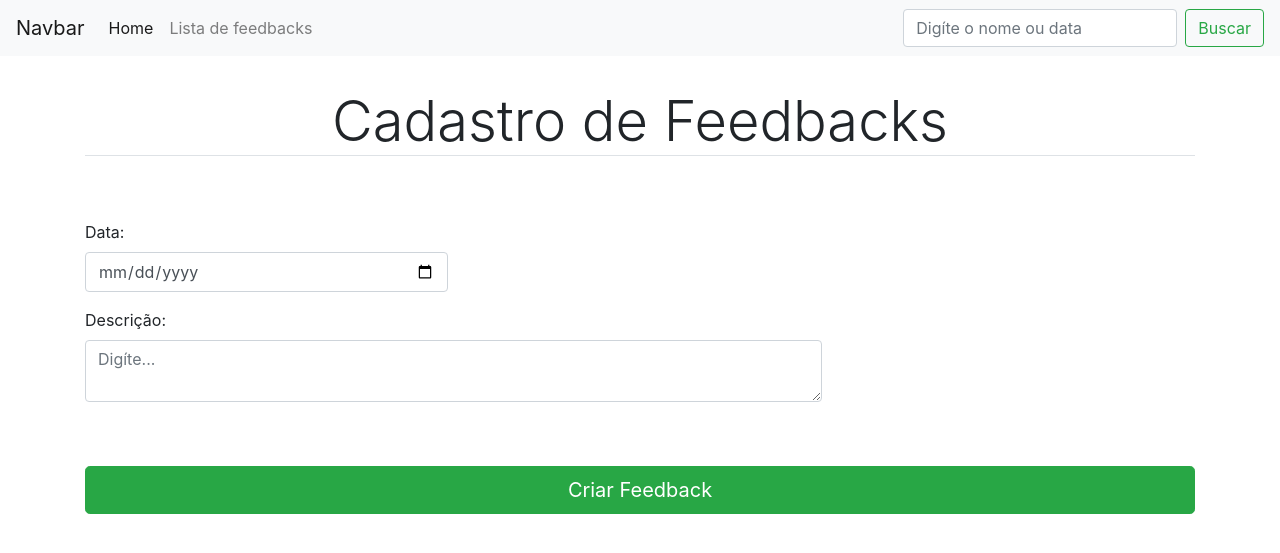
Repository: JulioSantooz/maisViagensSegundaVersao
Page: java-web(eclipse)/java-crud-mais-viagens/src/main/webapp/descricao.html
The author's editor kept a copy of each file at every save. The page is drawn from the files as they stood at one save, then again after the next save.
The browser window is 1280 px wide. The pictures show the whole page.
Some web libraries are served in a nearby version.

Above is the page before, as saved 2022-02-06 15:17:24.

After the next save:
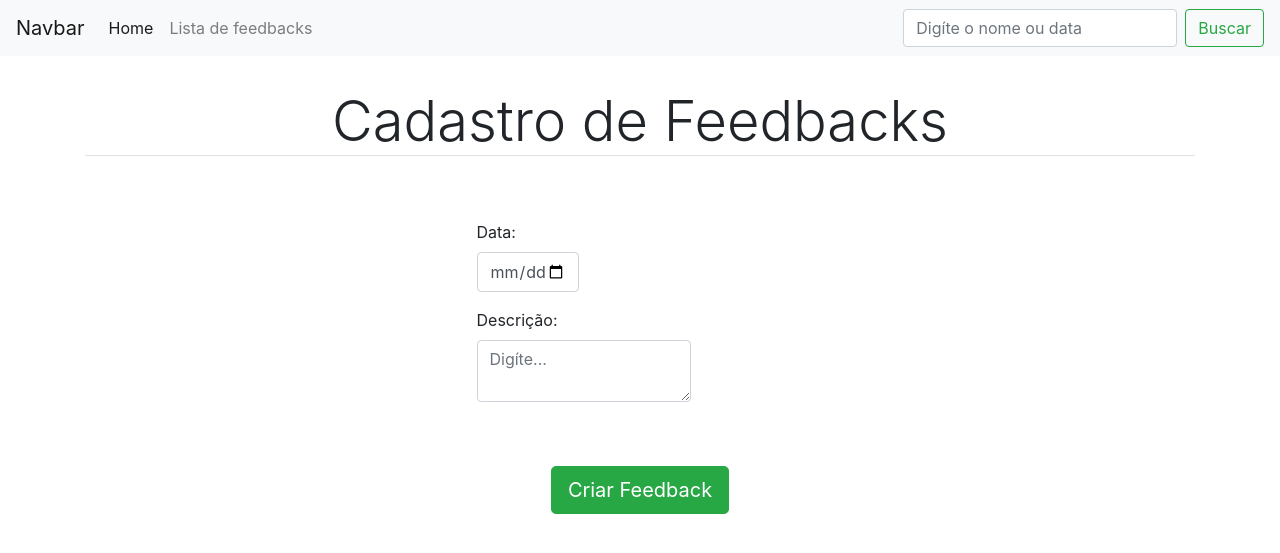
Saved 13 s later.
--- a/java-web(eclipse)/java-crud-mais-viagens/src/main/webapp/descricao.html
+++ b/java-web(eclipse)/java-crud-mais-viagens/src/main/webapp/descricao.html
@@ -33,7 +33,7 @@
 	<div class="row">
 		<div class="col-12">
 			<h1 class="display-4 my-3 border-bottom">Cadastro de Feedbacks</h1>
-			<form action="CreateAndFind" method="POST" class="d-flex flex-column align-itemns-center">
+			<form action="CreateAndFind" method="POST" class="d-flex flex-column align-items-center">
                 <div class="form-row mt-5 d-flex flex-column">
                     <div class="form-group col-4">
                         <label for="" class="float-left">Data:</label>
